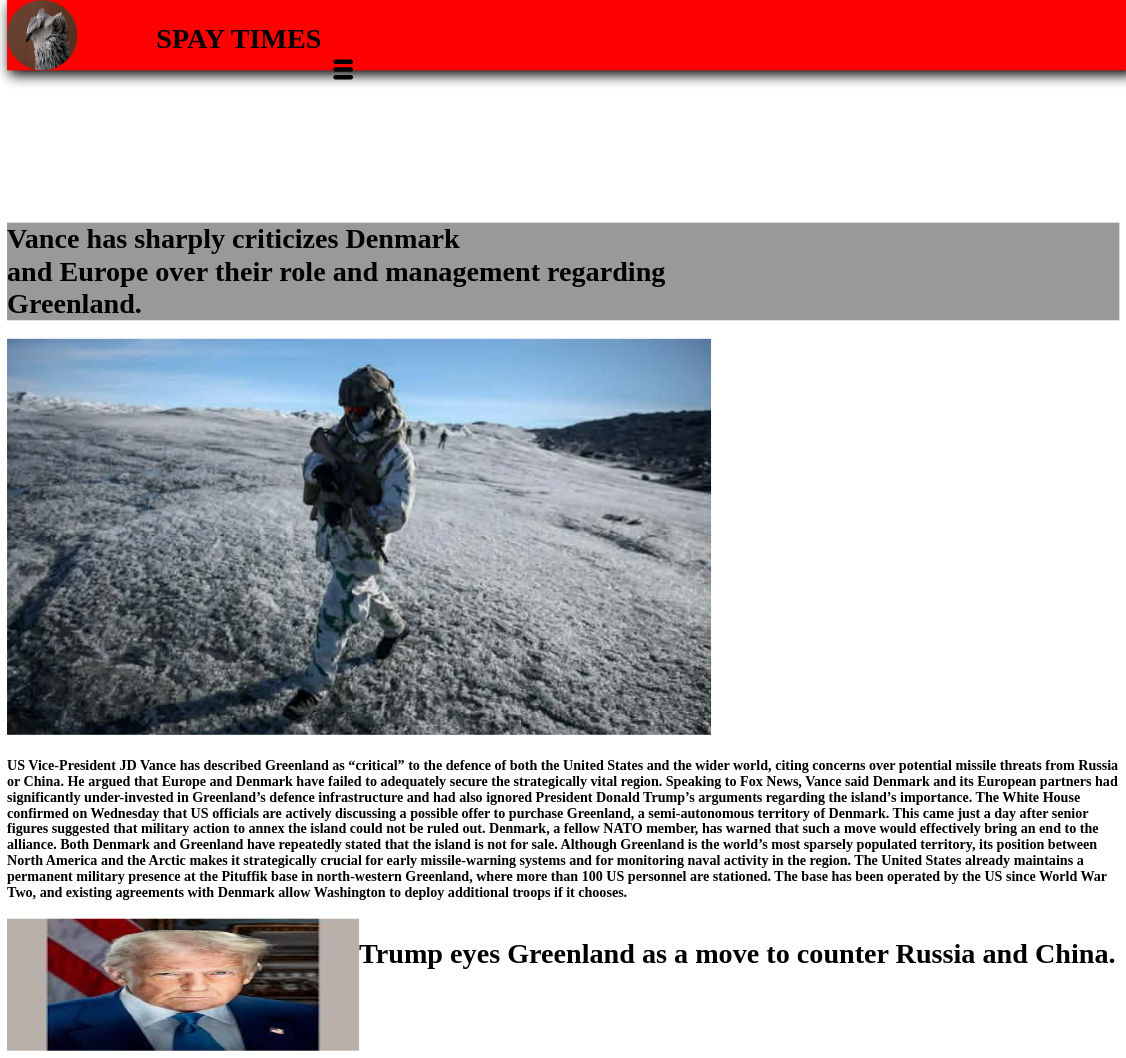
Repository: ridhukhan/spytimes
Page: /
An editor plug-in stored every save of this project. The page is shown before and after the next save, followed by the edit.
The browser window is 1280 px wide. The pictures show the whole page, at 88% of full size.
The project was rebuilt for these pictures with package versions that can differ from the ones it lists, and the page was loaded fresh each time. Also part of the build but not shown: vite.config.js, src/nav/Navbar.css, src/components/policy/PrivecyPolicy.jsx, src/components/policy/Terms.jsx.

Above is the page before, as saved 2026-01-10 20:26:26.

### index.html
<!doctype html>
<html lang="en">
  <head>
    <meta charset="UTF-8" />
    <link rel="icon" type="image/svg+xml" href="/vite.svg" />
    <meta name="6a97888e-site-verification" content="945cf2ffcb6885b11db89e632c2e0750">

    <meta name="viewport" content="width=device-width, initial-scale=1.0" />
    <title>spytimes</title>
  </head>
  <body>
    <div id="root"></div>
    <script type="module" src="/src/main.jsx"></script>
  </body>
</html>

### src/main.jsx
import { StrictMode } from 'react'
import {BrowserRouter} from "react-router-dom"

import { createRoot } from 'react-dom/client'
import './index.css'
import App from './App.jsx'
createRoot(document.getElementById('root')).render(
  <StrictMode>
    <BrowserRouter>
    <App />
    </BrowserRouter>
  </StrictMode>,
)

### src/index.css
@media screen and (max-width:414px){
  *{
    width: 100%;
    padding:0;
margin: 0;
  }

  body{
width: 100%;
background-color: white;
color: black;
  }
}

### src/App.jsx
import { Route, Routes } from "react-router-dom"
import Navbar from "./nav/Navbar"
import Home from "./pages/home/Home"
import PrivecyPolicy from "./components/policy/PrivecyPolicy"
import Terms from "./components/policy/Terms"



function App() {

  return (
    <div>
   <Navbar/>
   <Routes>
    <Route path="/" element={<Home/>}/>
    <Route  path="/privecypolicy" element={<PrivecyPolicy/>}/>
    <Route  path="/Terms" element={<Terms/>}/>

   </Routes>
    </div>
  )
}

export default App

### src/nav/Navbar.jsx
import React from 'react'
import "./Navbar.css"
import { ImCross } from "react-icons/im";
import { TiThMenu } from "react-icons/ti";
import logo from "../assets/download.jpeg"
import { useState } from 'react';
import { Link, Navigate } from 'react-router-dom';
const Navbar = () => {
    const [openmenu,setOpenmenu]=useState(false)
  return (
    <div style={{position:"fixed",backgroundColor:"red",display:"flex",
    width:"100%", height:"80px", top:"0", zIndex:"1000", boxShadow:"2px 5px 14px black"}}>
<img src={logo} alt="logo" style={{width:"80px", height:"80px", borderRadius:"100%"}}/>
<h1 style={{marginTop:"2%", marginLeft:"7%",}}>SPAY TIMES</h1>
<TiThMenu  onClick={()=>setOpenmenu(!openmenu)}  style={{width:"50px",height:"30px", marginTop:"5%", }}/>

   {openmenu? <div style={{display:"grid",position:"absolute",width:"90%",background:"black", height:"600px", zIndex:"999", marginTop:"10%", borderRadius:"19px", right:"0"}}>
<ImCross onClick={()=>setOpenmenu(null)} style={{ color:"red", left:"0", justifyContent:"flex-start", width:"50px", height:"30px"}}/>

  <ul>


    <Link to={"/"}><li>Home</li></Link>
    <li>USA</li>
    <li>UK</li>
    <li>ASIA</li>
    <li>HOLLYWOOD</li>
   <Link to={"/privecypolicy"}><li style={{color:"blue"}}>Privecy Policy</li></Link>
<Link to={"/Terms"}><li style={{color:"blue"}}>Terms &  condition</li></Link>

  </ul>










   </div>: null}
    </div>
  )
}


export default Navbar

### src/pages/home/Home.jsx
import React from 'react'
import home1 from "../../assets/home1.jpeg"
import Trending from '../../components/trending/Trending'
const Home = () => {
  return (
    <div style={{marginTop:"20%"}}>


        <h1 style={{backgroundColor:"#999"}}>Vance has sharply criticizes Denmark <br /> and Europe over their role and management regarding <br /> Greenland.</h1>

        <img src={home1} alt="home1" />
       <h4>
        US Vice-President JD Vance has described Greenland as “critical” to the defence of both the United States and the wider world, citing concerns over potential missile threats from Russia or China. He argued that Europe and Denmark have failed to adequately secure the strategically vital region.

Speaking to Fox News, Vance said Denmark and its European partners had significantly under-invested in Greenland’s defence infrastructure and had also ignored President Donald Trump’s arguments regarding the island’s importance.

The White House confirmed on Wednesday that US officials are actively discussing a possible offer to purchase Greenland, a semi-autonomous territory of Denmark. This came just a day after senior figures suggested that military action to annex the island could not be ruled out.

Denmark, a fellow NATO member, has warned that such a move would effectively bring an end to the alliance. Both Denmark and Greenland have repeatedly stated that the island is not for sale.

Although Greenland is the world’s most sparsely populated territory, its position between North America and the Arctic makes it strategically crucial for early missile-warning systems and for monitoring naval activity in the region.

The United States already maintains a permanent military presence at the Pituffik base in north-western Greenland, where more than 100 US personnel are stationed. The base has been operated by the US since World War Two, and existing agreements with Denmark allow Washington to deploy additional troops if it chooses.
       </h4>
<Trending/>
    </div>
  )
}

export default Home

### src/components/trending/Trending.jsx
import React from 'react'
import donaldtrump from "../../assets/donaldtrump.jpeg"
const Trending = () => {
  return (
    <div style={{display:"flex"}}>

<img src={donaldtrump} alt="donaldtrump" style={{width:"400px", height:"150px"}}/>
<h1>Trump eyes Greenland as a move to counter Russia and China.</h1>
    </div>
  )
}

export default Trending

After the next save:
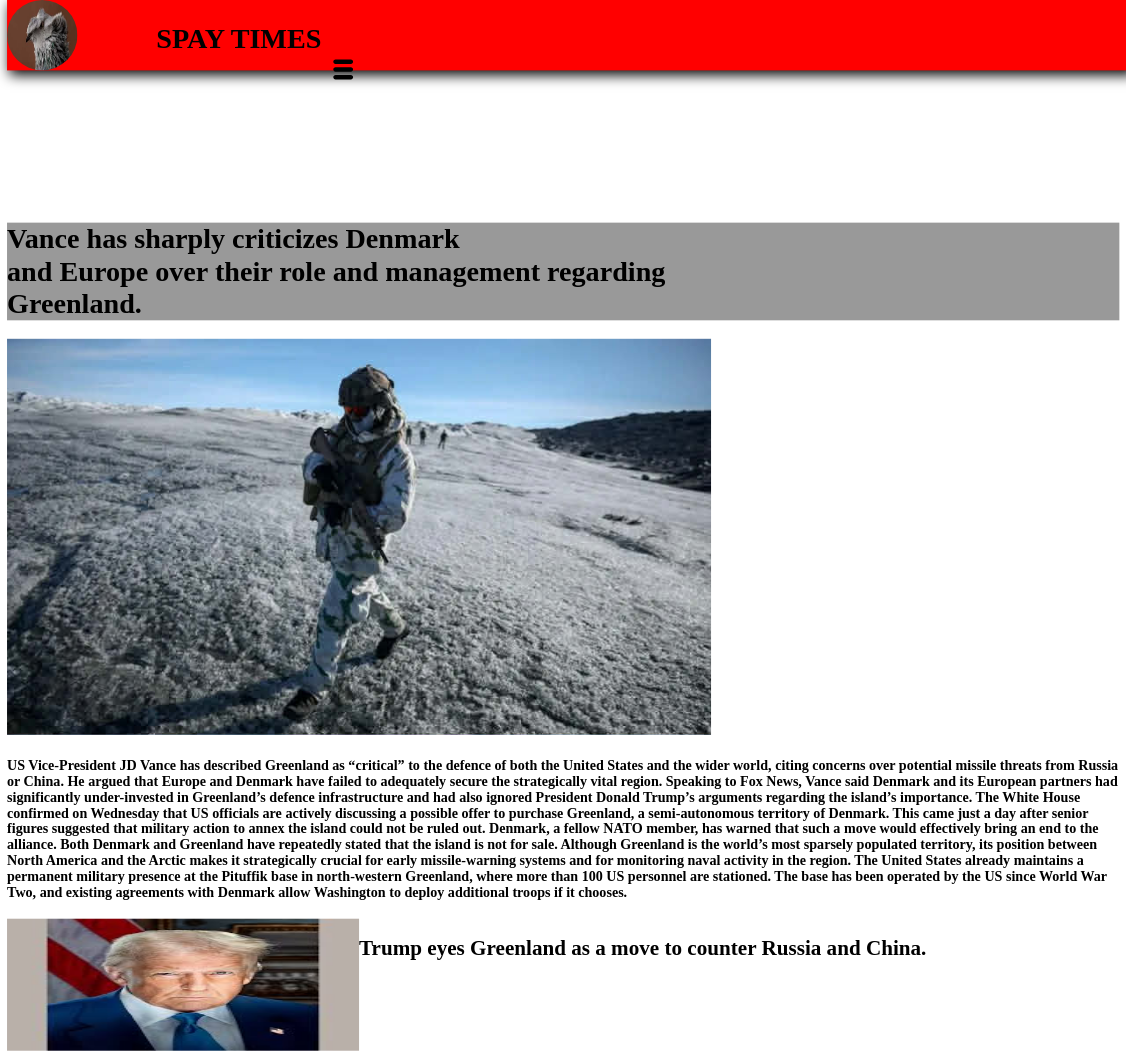
Saved 14 s later.
--- a/src/components/trending/Trending.jsx
+++ b/src/components/trending/Trending.jsx
@@ -5,7 +5,7 @@ const Trending = () => {
     <div style={{display:"flex"}}>
 
 <img src={donaldtrump} alt="donaldtrump" style={{width:"400px", height:"150px"}}/>
-<h1>Trump eyes Greenland as a move to counter Russia and China.</h1>
+<h2>Trump eyes Greenland as a move to counter Russia and China.</h2>
     </div>
   )
 }
